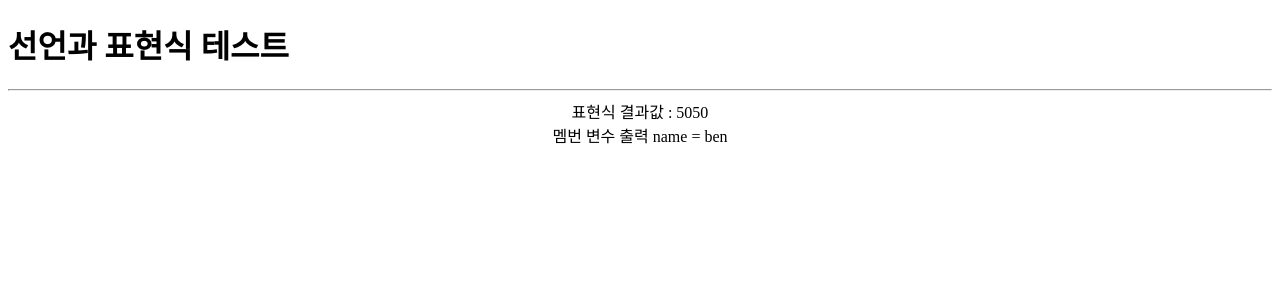
Repository: HyeonbinSa/JSPBook
Page: http://localhost/jspbook/ch05/scriptlet.jsp
An editor plug-in stored every save of this project. The page is shown before and after the next save, followed by the edit.
The browser window is 1280 px wide. The pictures show the whole page.
The page is served by Tomcat 9.

Above is the page before, as saved 2020-01-02 08:14:50.

After the next save:
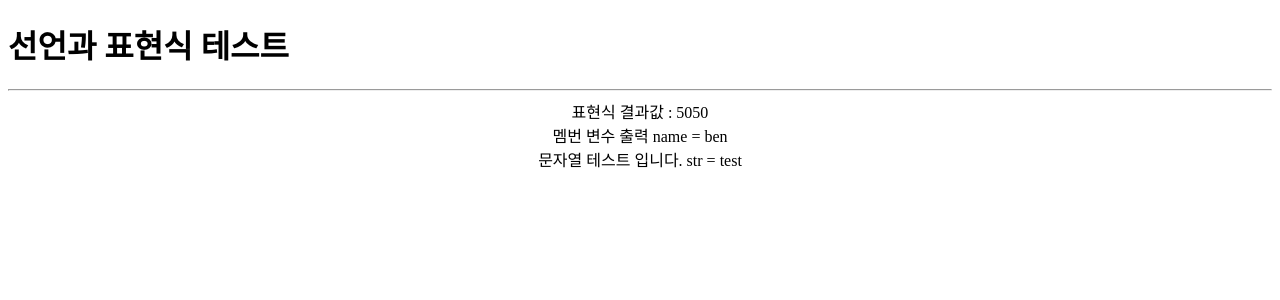
Saved 2 min 52 s later.
--- a/jspbook/WebContent/ch05/scriptlet.jsp
+++ b/jspbook/WebContent/ch05/scriptlet.jsp
@@ -3,6 +3,7 @@
 <%!
 	int sum = 0;
 	String name = "ben";
+	String str = "test";
 	public int sum(){
 		for(int i = 1; i<=100 ; i++){
 			sum += i;
@@ -23,6 +24,7 @@
 표현식 결과값 : <%= sum() %>
 <br>
 멤번 변수 출력 name = <%= name %>
+<br><%= "문자열 테스트 입니다. str = " + str %>
 </div>
 </body>
 </html>
